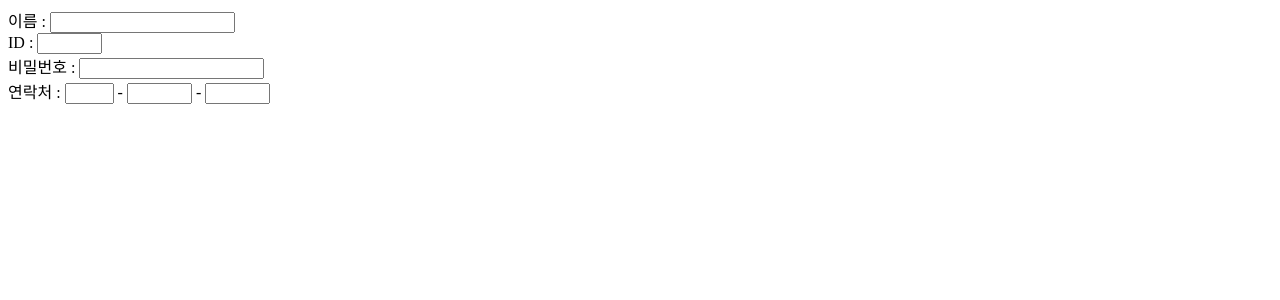
Repository: HyeogDo/Study_Java
Page: JSP/HTML/src/main/webapp/Lec07.html
An editor plug-in stored every save of this project. The page is shown before and after the next save, followed by the edit.
The browser window is 1280 px wide. The pictures show the whole page.

Above is the page before, as saved 2022-03-15 05:01:36.

### JSP/HTML/src/main/webapp/Lec07.html
<!DOCTYPE html>
<html>
	<head>
		<meta charset="UTF-8">
		<title>Form Tag</title>
	</head>
	<body>
		<form action="#" method="get">
			이름 : <input type="text" name="userName"><br>
			ID : <input type="text" name="userId" size="5"><br>
			비밀번호 : <input type="password" name="userPassword"><br>
			연락처 : <input type="text" name="userPhoneNum1" size = "3"> - <input type="text" name="userPhoneNum2" size = "5"> - <input type="text" name="userPhoneNum3" size = "5"><br>

		</form>


	</body>
</html>

After the next save:
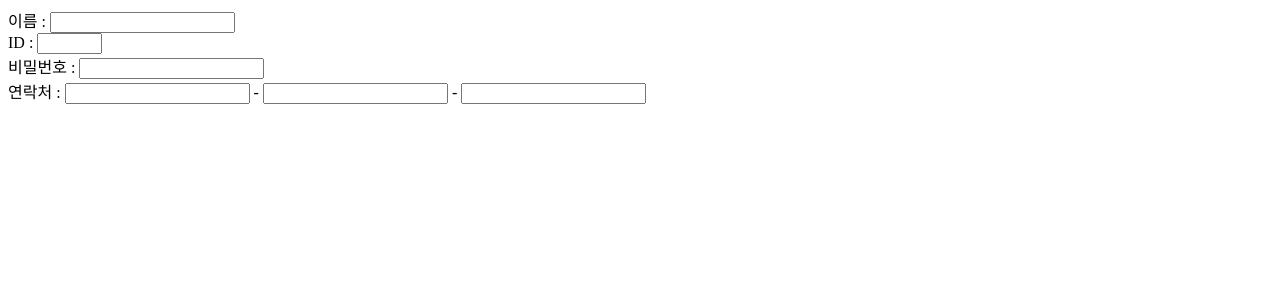
Saved 67 s later.
--- a/JSP/HTML/src/main/webapp/Lec07.html
+++ b/JSP/HTML/src/main/webapp/Lec07.html
@@ -9,7 +9,7 @@
 			이름 : <input type="text" name="userName"><br>
 			ID : <input type="text" name="userId" size="5"><br>
 			비밀번호 : <input type="password" name="userPassword"><br>
-			연락처 : <input type="text" name="userPhoneNum1" size = "3"> - <input type="text" name="userPhoneNum2" size = "5"> - <input type="text" name="userPhoneNum3" size = "5"><br>
+			연락처 : <input type="number" name="userPhoneNum1" size = "3"> - <input type="number" name="userPhoneNum2" size = "5" > - <input type="number" name="userPhoneNum3" size = "5"><br>
 
 		</form>
 

After the 2 saves that followed:
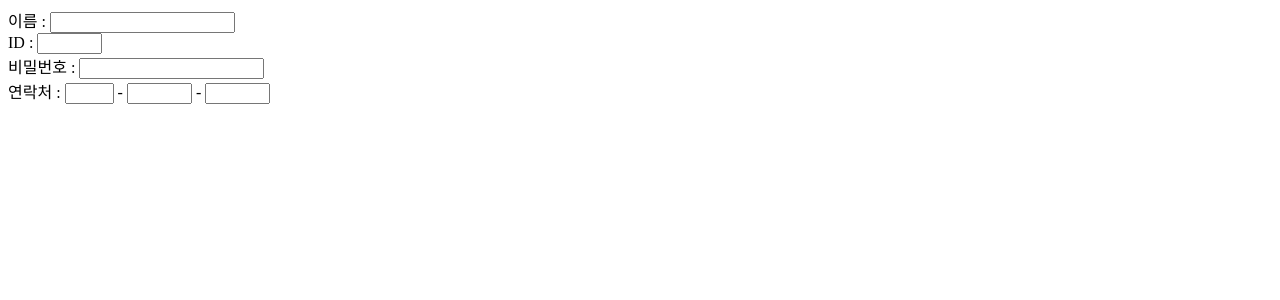
The 2 saves are shown as one change because 1 left the picture as it was.
The last was saved 91 s later.
--- a/JSP/HTML/src/main/webapp/Lec07.html
+++ b/JSP/HTML/src/main/webapp/Lec07.html
@@ -9,7 +9,7 @@
 			이름 : <input type="text" name="userName"><br>
 			ID : <input type="text" name="userId" size="5"><br>
 			비밀번호 : <input type="password" name="userPassword"><br>
-			연락처 : <input type="number" name="userPhoneNum1" size = "3"> - <input type="number" name="userPhoneNum2" size = "5" > - <input type="number" name="userPhoneNum3" size = "5"><br>
+			연락처 : <input type="text" name="userPhoneNum1" size = "3"> - <input type="text" name="userPhoneNum2" size = "5" slot="5"> - <input type="text" name="userPhoneNum3" size = "5"><br>
 
 		</form>
 
